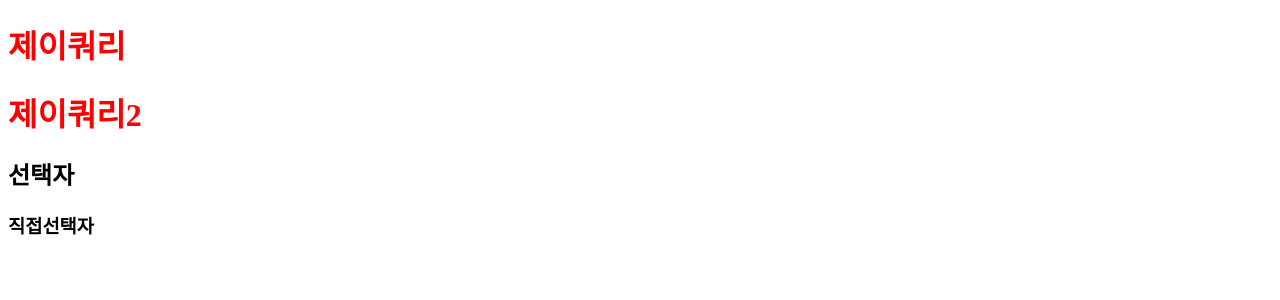
Repository: sanghui4542-ship-it/workspace_jquery
Page: jQuery/src/main/webapp/01문서객체선택자와조작법/jq_selec1_4.html
These files come from the project's save history. The page is drawn as it stood at one moment and after the next save; the edit follows.
The browser window is 1280 px wide. The pictures show the whole page.

Above is the page before, as saved 2026-07-06 01:06:54.

After the next save:
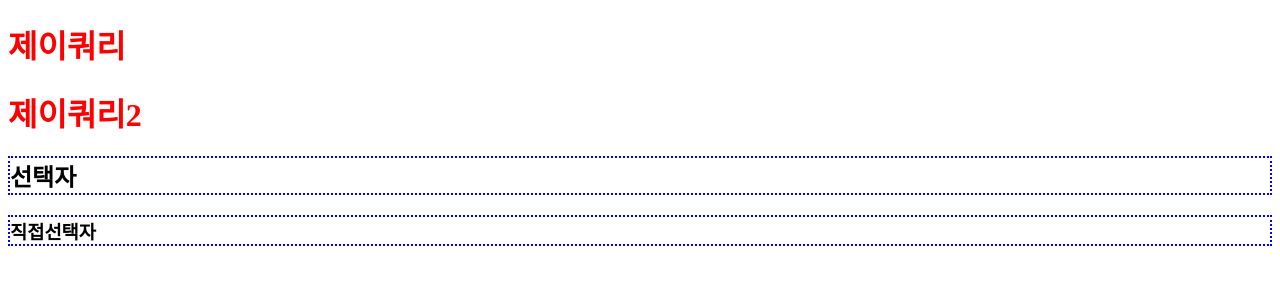
Saved 5 min 55 s later.
--- a/jQuery/src/main/webapp/01문서객체선택자와조작법/jq_selec1_4.html
+++ b/jQuery/src/main/webapp/01문서객체선택자와조작법/jq_selec1_4.html
@@ -14,13 +14,26 @@
 
 		<script type="text/javascript">
 		/*
+			[그룹 선택자(다중 선택자) ,로 요소 선택]
+
+				-> $("선택자1, 선택자2")
+				:	,(쉼표) : 여러 선택자를 한꺼번에 다중 사용해서 태그 선택하는 그룹선택자 기호
+				: 선택자1 선택자2 자리에 작성하는 선택 방법이 탈라도 상관 없음
+
+		$("h2, #3") : <h2>선택자</h2> + <h3 id="3">직접선택자</h3> 두 태그
+		*/
+		$("h2 , #3").css("border","2px dotted blue");
+
+
+
+		/*
 			[요소명(태그명) 선택자로 요소 선택]
 
 				->	$("태그명")
 					:   해당 태그를 문서에서 전부 선택
 
 		$("h1") : 모든 <h1> 선택
-		$("h1").css("color")
+		$("h1").css("color","red");  : 선택한 모든 <h1>의 글자색상을 빨강으로 설정
 
 		*/
 		$("h1").css("color","red");
